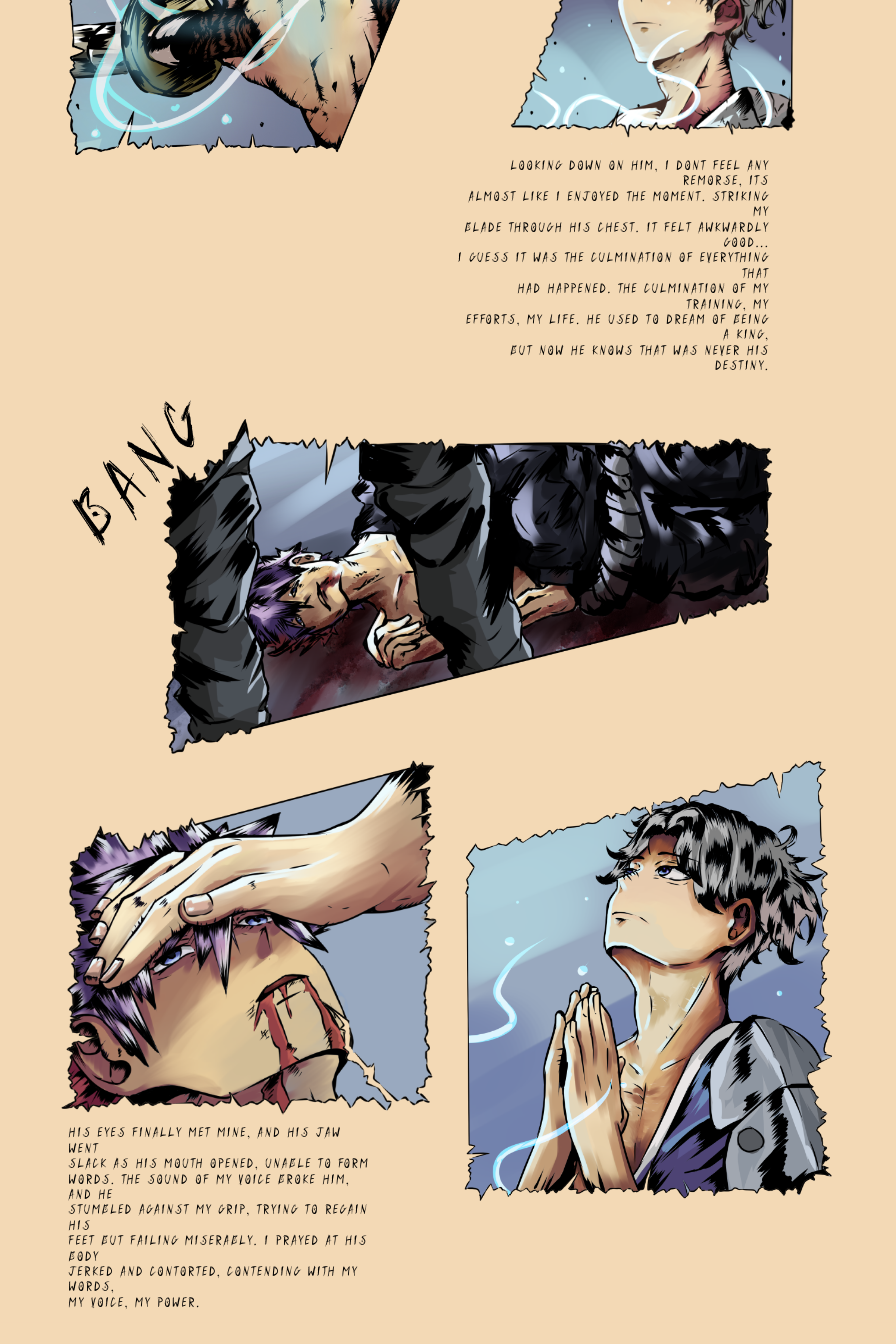
Repository: abzStudio/Kabuto-Web-notCompeleted
Page: index.html
The author's editor kept a copy of each file at every save. The page is drawn from the files as they stood at one save, then again after the next save.
The browser window is 1280 px wide. The pictures show the part of the page from y = 1304 to 3224 px (the page is 4917 px tall before and 4719 px after), at 70% of full size.
Some web libraries are served in a nearby version.

Above is the page before, as saved 2023-03-16 03:09:26.

After the next save:
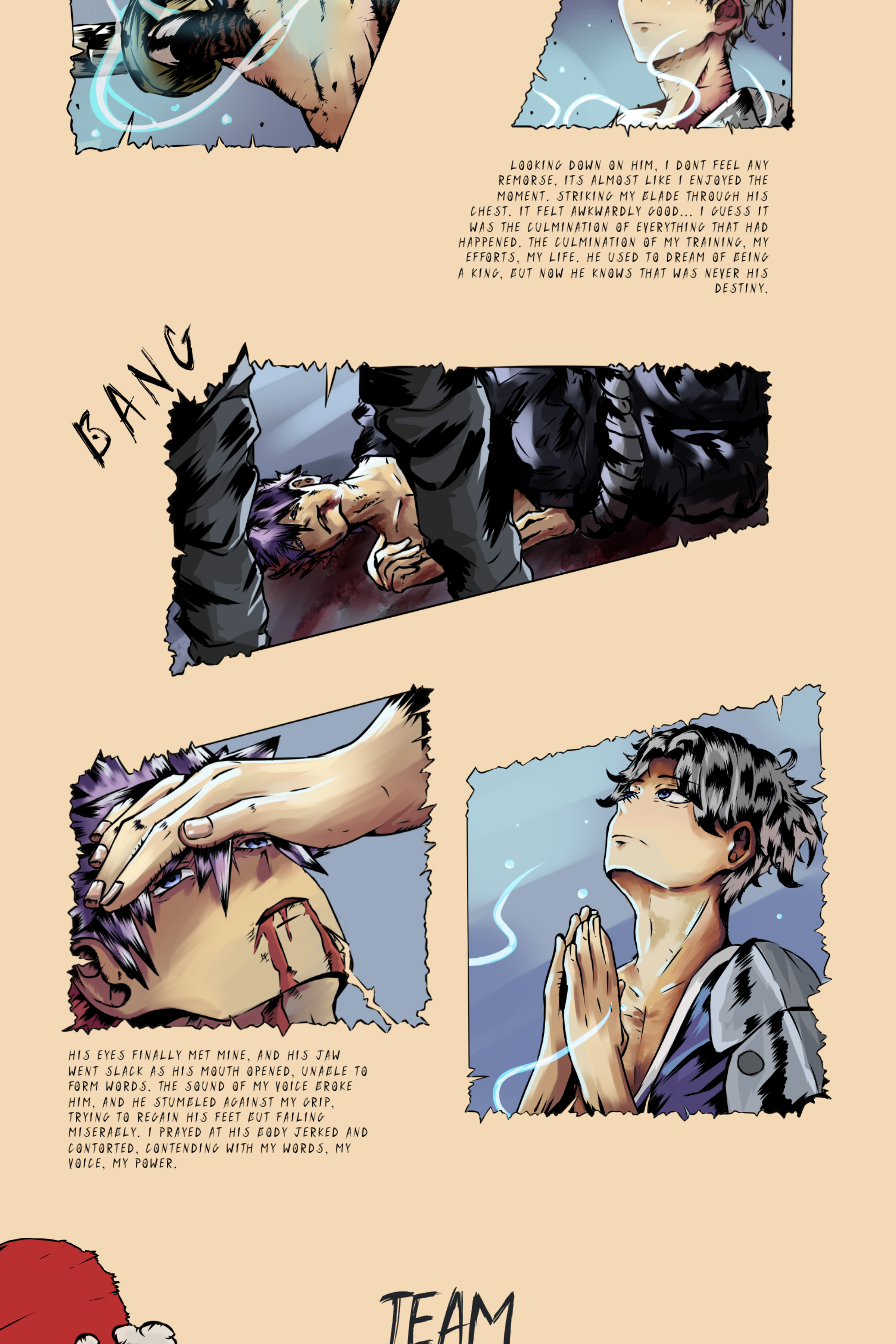
Saved 4 s later.
--- a/asset/style.css
+++ b/asset/style.css
@@ -4,7 +4,7 @@
   font-weight: bold;
 }
 br{
-  d
+  display: none;
 }
 html {
   scroll-behavior: smooth;
